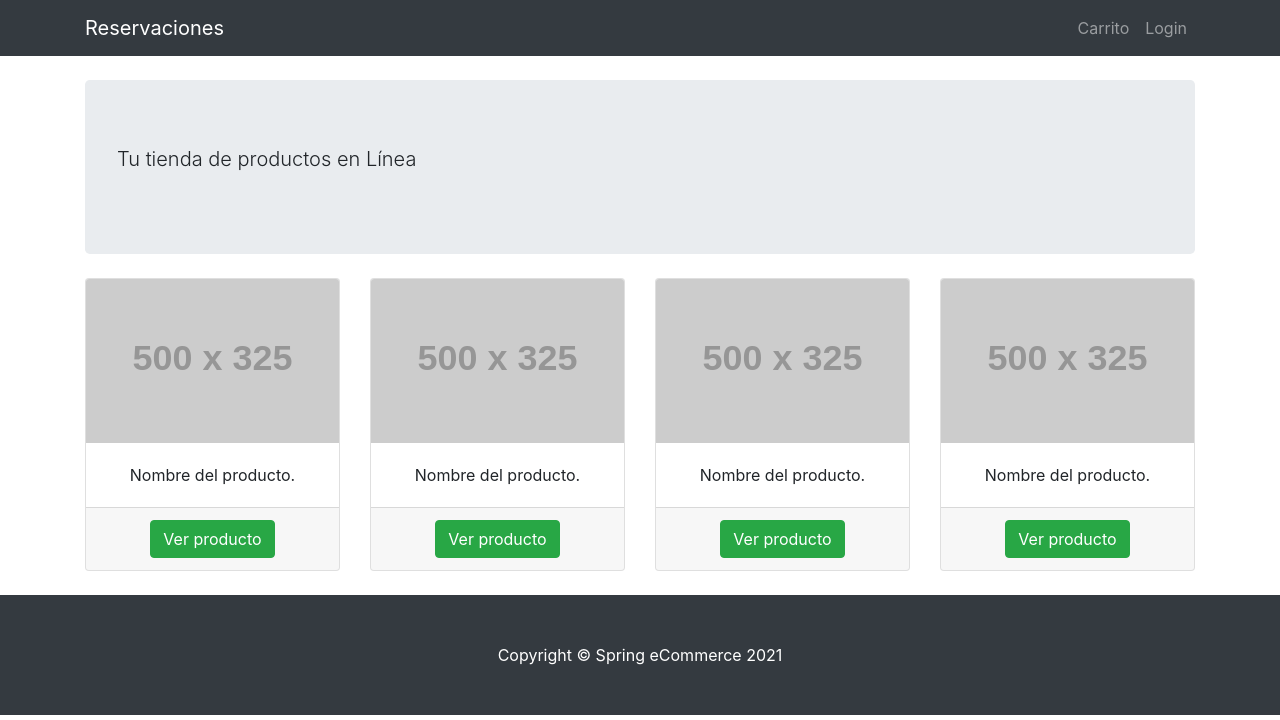
Repository: alexpool1122/Caso_Final_Laboratorio
Page: http://localhost/index
These files come from the project's save history. The page is drawn as it stood at one moment and after the next save; the edit follows.
The browser window is 1280 px wide. The pictures show the whole page.
The page is this project's Thymeleaf template; nobody is signed in. Other server files are loaded and not shown. The template is opened directly, without the code that normally fills it, so the values that code supplies are empty.

Above is the page before, as saved 2023-11-23 09:31:25.

### CasoFinal/src/main/resources/templates/index.html
<!DOCTYPE html>
<html xmlns="http://www.w3.org/1999/xhtml" xmlns:th="http://www.thymeleaf.org">

<head>
	<meta charset="utf-8">
	<meta name="viewport" content="width=device-width, initial-scale=1, shrink-to-fit=no">
	<meta name="description" content="">
	<meta name="author" content="">
	<title>Reservas</title>

	<link th:href="@{vendor/bootstrap/css/bootstrap.min.css}" rel="stylesheet">

	<link th:href="@{css/heroic-features.css}" rel="stylesheet">

</head>

<body>

	<div th:include="templado_header_footer.html::header"></div>

	<!-- Page Content -->
	<div class="container">

		<!-- Jumbotron Header -->
		<header class="jumbotron my-4">
			<p class="lead">Tu tienda de productos en Línea</p>
		</header>

		<!-- Page Features -->
		<div class="row text-center">

			<div class="col-lg-3 col-md-6 mb-4">
				<div class="card h-100">
					<img class="card-img-top" src="http://placehold.it/500x325" alt="">
					<div class="card-body">
						<p class="card-text">Nombre del producto.</p>
					</div>
					<div class="card-footer">
						<a href="productohome.html" class="btn btn-success">Ver producto</a>
					</div>
				</div>
			</div>

			<div class="col-lg-3 col-md-6 mb-4">
				<div class="card h-100">
					<img class="card-img-top" src="http://placehold.it/500x325" alt="">
					<div class="card-body">
						<p class="card-text">Nombre del producto.</p>
					</div>
					<div class="card-footer">
						<a href="#" class="btn btn-success">Ver producto</a>
					</div>
				</div>
			</div>

			<div class="col-lg-3 col-md-6 mb-4">
				<div class="card h-100">
					<img class="card-img-top" src="http://placehold.it/500x325" alt="">
					<div class="card-body">
						<p class="card-text">Nombre del producto.</p>
					</div>
					<div class="card-footer">
						<a href="#" class="btn btn-success">Ver producto</a>
					</div>
				</div>
			</div>
			<div class="col-lg-3 col-md-6 mb-4">
				<div class="card h-100">
					<img class="card-img-top" src="http://placehold.it/500x325" alt="">
					<div class="card-body">
						<p class="card-text">Nombre del producto.</p>
					</div>
					<div class="card-footer">
						<a href="#" class="btn btn-success">Ver producto</a>
					</div>
				</div>
			</div>

		</div>
		<!-- /.row -->

	</div>
	<!-- /.container -->

	<div th:include="templado_header_footer.html::footer"></div>


	<script th:src="@{vendor/jquery/jquery.min.js}"></script>
	<script th:src="@{vendor/bootstrap/js/bootstrap.bundle.min.js}"></script>

</body>

</html>

### CasoFinal/src/main/resources/templates/templado_header_footer.html
<!DOCTYPE html>
<html xmlns="http://www.w3.org/1999/xhtml" xmlns:th="http://www.thymeleaf.org">

<head>
	<meta charset="utf-8">
	<meta name="viewport" content="width=device-width, initial-scale=1, shrink-to-fit=no">
	<meta name="description" content="">
	<meta name="author" content="">
	<title>Reservas</title>

	<link th:href="@{vendor/bootstrap/css/bootstrap.min.css}" rel="stylesheet">

	<link th:href="@{css/heroic-features.css}" rel="stylesheet">

</head>

<body>

	<div th:fragment="header">
		<nav class="navbar navbar-expand-lg navbar-dark bg-dark fixed-top">
			<div class="container">
				<a class="navbar-brand" th:href="@{/Reserva}">Reservaciones</a>

				<div class="collapse navbar-collapse" id="navbarResponsive">
					<ul class="navbar-nav ml-auto">
						<li class="nav-item"><a class="nav-link" href="carrito.html">Carrito</a></li>
						<li class="nav-item"><a class="nav-link" href="login.html">Login</a></li>
					</ul>
				</div>
			</div>
		</nav>
	</div>

	<div th:fragment="footer">
		<footer class="py-5 bg-dark">
			<div class="container">
				<p class="m-0 text-center text-white">Copyright &copy; Spring eCommerce 2021</p>
			</div>

		</footer>
	</div>
	<script th:src="@{vendor/jquery/jquery.min.js}"></script>
	<script th:src="@{vendor/bootstrap/js/bootstrap.bundle.min.js}"></script>

</body>

</html>

Loaded but not shown: CasoFinal/src/main/resources/static/css/heroic-features.css (common file)

After the next save:
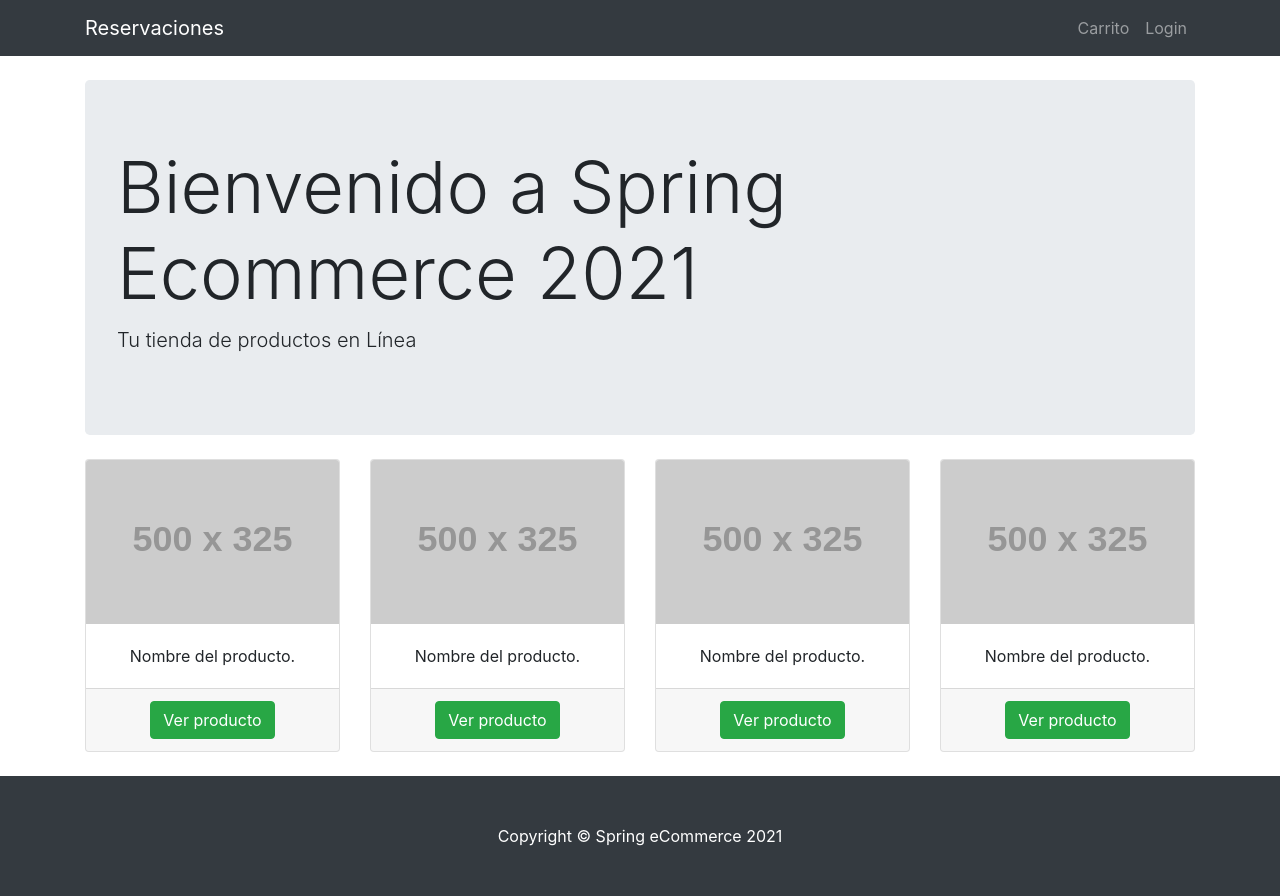
Saved 6 s later.
--- a/CasoFinal/src/main/resources/templates/index.html
+++ b/CasoFinal/src/main/resources/templates/index.html
@@ -23,6 +23,7 @@
 
 		<!-- Jumbotron Header -->
 		<header class="jumbotron my-4">
+			<h1 class="display-3">Bienvenido a Spring Ecommerce 2021</h1>
 			<p class="lead">Tu tienda de productos en Línea</p>
 		</header>
 
